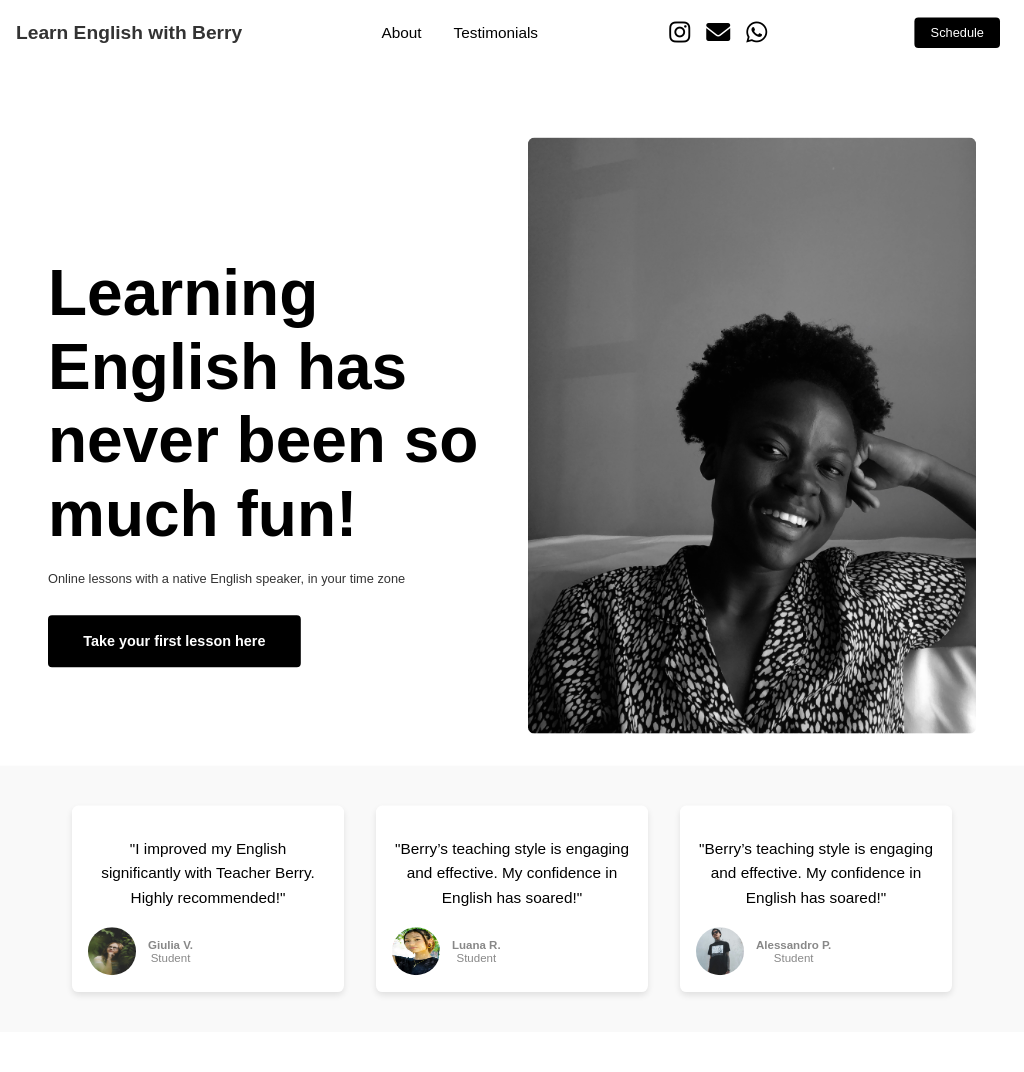
Repository: ntandomagana/esl-landing-page
Page: index.html
An editor plug-in stored every save of this project. The page is shown before and after a run of saves, followed by the edit.
The browser window is 1280 px wide. The pictures show the whole page, at 80% of full size.

Above is the page before, as saved 2024-07-17 13:58:03.

After the next 2 saves:
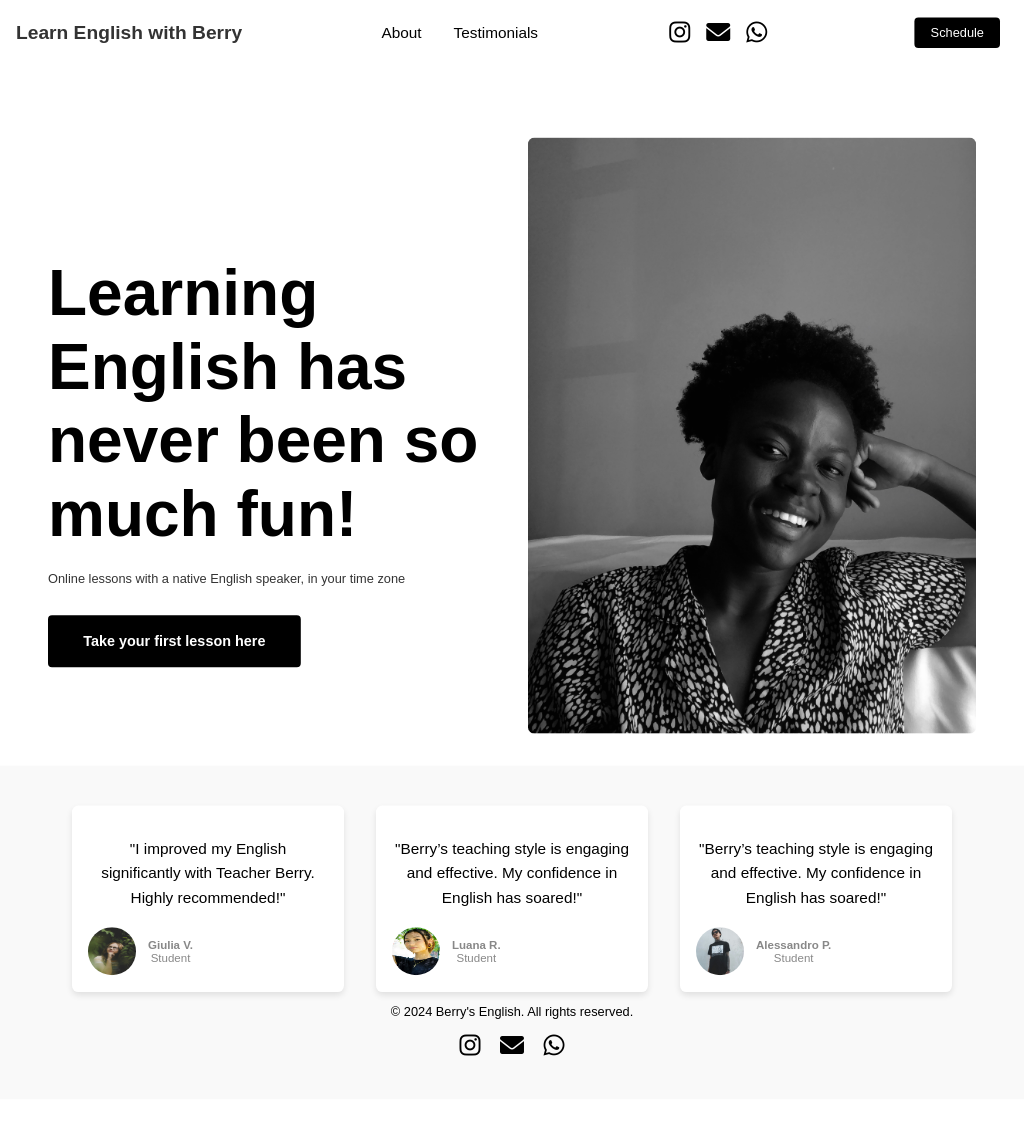
The 2 saves are shown as one change because they came seconds apart.
The last was saved 81 s later.
--- a/index.html
+++ b/index.html
@@ -77,9 +77,17 @@
                 <p><strong>Alessandro P.</strong><br>Student</p>
             </div>
         </div>
+    </div>
 
-        <!-- Add more testimonials as needed -->
-    </div>
+    <footer>
+        <div class="footer-container">
+            <p>&copy; 2024 Berry's English. All rights reserved.</p>
+            <div class="footer-social-links">
+                <a href="#" class="social-link"><i class="fab fa-instagram"></i></a>
+                <a href="mailto:berry@example.com" class="social-link"><i class="fas fa-envelope"></i></a>
+                <a href="https://wa.me/1234567890" class="social-link"><i class="fab fa-whatsapp"></i></a>
+            </div>
+        </div>
 </section>
 
 
